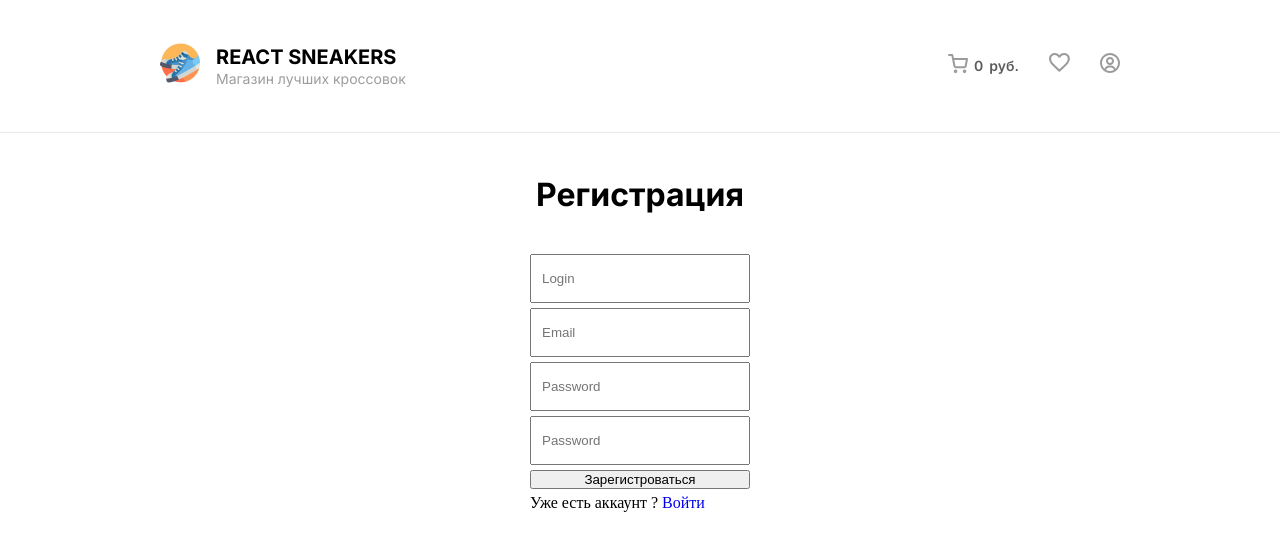
Repository: maxbirimkulov/sneakers20
Page: src/pages/register.html
These files come from the project's save history. The page is drawn as it stood at one moment and after the next save; the edit follows.
The browser window is 1280 px wide. The pictures show the whole page.
The style sheet was rebuilt from its Sass, Less or Tailwind sources for each picture, by a compiler version that may differ from the author's.

Above is the page before, as saved 2022-11-12 20:50:17.

### src/pages/register.html
<!DOCTYPE html>
<html lang="en">
  <head>
    <meta charset="UTF-8" />
    <meta
      name="viewport"
      content="width=device-width, user-scalable=no, initial-scale=1.0, maximum-scale=1.0, minimum-scale=1.0"
    />
    <meta http-equiv="X-UA-Compatible" content="ie=edge" />
    <title>Document</title>
    <link rel="stylesheet" href="../css/style.css" />
  </head>
  <body>
    <div class="floor">
      <header class="header">
        <div class="container">
          <nav class="header__nav">
            <div class="header__logo">
              <img
                src="../images/mainLogo.png"
                alt="Logo"
                class="header__logo-img"
              />
              <div class="header__logo-text">
                <h1 class="header__logo-title">
                  <a href="../../index.html" class="header__logo-title-link"
                    >react sneakers</a
                  >
                </h1>
                <p class="header__logo-subtitle">
                  <a href="../../index.html" class="header__logo-subtitle"
                    >Магазин лучших кроссовок</a
                  >
                </p>
              </div>
            </div>
            <div class="header__links">
              <p class="header__links-basket">
                <span class="header__links-basket-logo"
                  ><svg
                    width="20"
                    height="20"
                    viewBox="0 0 20 20"
                    fill="none"
                    xmlns="http://www.w3.org/2000/svg"
                  >
                    <path
                      d="M7.54548 18.1818C7.99735 18.1818 8.36366 17.8155 8.36366 17.3636C8.36366 16.9118 7.99735 16.5455 7.54548 16.5455C7.09361 16.5455 6.72729 16.9118 6.72729 17.3636C6.72729 17.8155 7.09361 18.1818 7.54548 18.1818Z"
                      stroke="#9B9B9B"
                      stroke-width="2"
                      stroke-linecap="round"
                      stroke-linejoin="round"
                    />
                    <path
                      d="M16.5455 18.1818C16.9973 18.1818 17.3637 17.8155 17.3637 17.3636C17.3637 16.9118 16.9973 16.5455 16.5455 16.5455C16.0936 16.5455 15.7273 16.9118 15.7273 17.3636C15.7273 17.8155 16.0936 18.1818 16.5455 18.1818Z"
                      stroke="#9B9B9B"
                      stroke-width="2"
                      stroke-linecap="round"
                      stroke-linejoin="round"
                    />
                    <path
                      d="M1 1H4.27273L6.46545 11.9555C6.54027 12.3321 6.7452 12.6705 7.04436 12.9113C7.34351 13.1522 7.71784 13.2801 8.10182 13.2727H16.0545C16.4385 13.2801 16.8129 13.1522 17.112 12.9113C17.4112 12.6705 17.6161 12.3321 17.6909 11.9555L19 5.09091H5.09091"
                      stroke="#9B9B9B"
                      stroke-width="2"
                      stroke-linecap="round"
                      stroke-linejoin="round"
                    />
                  </svg>
                </span>
                <span class="total">0</span> руб.
              </p>
              <a href="./favorites.html" class="header__links-favorites"
                ><span class="header__links-favorites-logo"
                  ><svg
                    width="21"
                    height="19"
                    viewBox="0 0 21 19"
                    fill="none"
                    xmlns="http://www.w3.org/2000/svg"
                  >
                    <path
                      d="M15.1003 0C16.7293 0 18.0976 0.54932 19.2052 1.64796C20.3129 2.7466 20.8668 4.08759 20.8668 5.67092C20.8668 6.44643 20.7039 7.23002 20.3781 8.02169C20.0523 8.81335 19.6939 9.51616 19.303 10.1301C18.912 10.744 18.2523 11.5357 17.3238 12.5051C16.3953 13.4745 15.6134 14.2581 14.9781 14.8559C14.3428 15.4537 13.3248 16.3665 11.9239 17.5944L10.4089 18.9515L8.89403 17.6429C7.52572 16.3827 6.51577 15.4537 5.8642 14.8559C5.21262 14.2581 4.42258 13.4745 3.49408 12.5051C2.56559 11.5357 1.90586 10.744 1.51492 10.1301C1.12397 9.51616 0.773748 8.81335 0.464249 8.02169C0.15475 7.23002 0 6.44643 0 5.67092C0 4.08759 0.553841 2.7466 1.66152 1.64796C2.7692 0.54932 4.12123 0 5.71759 0C7.60717 0 9.17095 0.727041 10.4089 2.18112C11.6469 0.727041 13.2107 0 15.1003 0ZM10.5067 16.0918C12.1031 14.6701 13.2677 13.6118 14.0008 12.9171C14.7338 12.2224 15.5401 11.3903 16.4198 10.4209C17.2994 9.45153 17.9102 8.60332 18.2523 7.87628C18.5944 7.14924 18.7654 6.41412 18.7654 5.67092C18.7654 4.63691 18.4152 3.78061 17.7148 3.10204C17.0143 2.42347 16.1428 2.08418 15.1003 2.08418C14.3184 2.08418 13.5772 2.31037 12.8768 2.76276C12.1764 3.21514 11.6795 3.79677 11.3863 4.50765H9.43158C9.17095 3.79677 8.69041 3.21514 7.98997 2.76276C7.28952 2.31037 6.53206 2.08418 5.71759 2.08418C4.67507 2.08418 3.81173 2.42347 3.12757 3.10204C2.44342 3.78061 2.10134 4.63691 2.10134 5.67092C2.10134 6.41412 2.26423 7.14924 2.59002 7.87628C2.91581 8.60332 3.52666 9.45153 4.42258 10.4209C5.3185 11.3903 6.13297 12.2224 6.866 12.9171C7.59902 13.6118 8.74743 14.6701 10.3112 16.0918L10.4089 16.1888L10.5067 16.0918Z"
                      fill="#9B9B9B"
                    />
                  </svg> </span
              ></a>
              <a href="./register.html" class="header__links-user"
                ><span class="header__links-user-logo"
                  ><svg
                    width="20"
                    height="20"
                    viewBox="0 0 20 20"
                    fill="none"
                    xmlns="http://www.w3.org/2000/svg"
                  >
                    <path
                      fill-rule="evenodd"
                      clip-rule="evenodd"
                      d="M0 10C0 4.579 4.579 0 10 0C15.421 0 20 4.579 20 10C20 13.19 18.408 16.078 16 17.924V18H15.898C14.23 19.245 12.187 20 10 20C7.813 20 5.77 19.245 4.102 18H4V17.924C1.592 16.078 0 13.189 0 10ZM7.12347 15.236C6.59154 15.6639 6.22136 16.2604 6.074 16.927C7.242 17.604 8.584 18 10 18C11.416 18 12.758 17.604 13.926 16.927C13.7785 16.2605 13.4082 15.6641 12.8764 15.2362C12.3445 14.8083 11.6827 14.5744 11 14.573H9C8.3173 14.5742 7.6554 14.808 7.12347 15.236ZM13.7677 13.4117C14.5877 13.9574 15.2286 14.7329 15.61 15.641C17.077 14.182 18 12.176 18 10C18 5.663 14.337 2 10 2C5.663 2 2 5.663 2 10C2 12.176 2.923 14.182 4.39 15.641C4.77144 14.7329 5.41227 13.9574 6.23227 13.4117C7.05227 12.866 8.01501 12.5742 9 12.573H11C11.985 12.5742 12.9477 12.866 13.7677 13.4117ZM6 8C6 5.72 7.72 4 10 4C12.28 4 14 5.72 14 8C14 10.28 12.28 12 10 12C7.72 12 6 10.28 6 8ZM8 8C8 9.178 8.822 10 10 10C11.178 10 12 9.178 12 8C12 6.822 11.178 6 10 6C8.822 6 8 6.822 8 8Z"
                      fill="#9B9B9B"
                    />
                  </svg> </span
              ></a>
            </div>
          </nav>
        </div>
      </header>
      <div class="container">
        <div class="register">
          <h2 class="register__title">Регистрация</h2>
          <form class="register__form">
            <input class="register__input" type="text" placeholder="Login" />
            <input class="register__input" type="email" placeholder="Email" />
            <input
              class="register__input"
              type="password"
              placeholder="Password"
            />
            <input
              class="register__input"
              type="password"
              placeholder="Password"
            />
            <button type="submit" class="register__btn">
              Зарегистроваться
            </button>
            <span>Уже есть аккаунт ? <a href="./login.html">Войти</a></span>
          </form>
        </div>
      </div>
    </div>
    <script type="module" src="../js/register.js"></script>
  </body>
</html>

### src/js/register.js
import {changeUser, getUserFromLocalStorage} from './user.js'

getUserFromLocalStorage()


let formRegister = document.querySelector('.register')
formRegister.addEventListener('submit', (e) =>{
    e.preventDefault()

    let userData = {
        login:e.target[0].value,
        email:e.target[1].value,
        password:e.target[2].value
    }

    fetch('http://localhost:8080/register', {
        method: "POST",
        headers: {
            'Content-Type':  'application/json'
        },
        body: JSON.stringify(userData)
    }).then((res) => res.json())
        .then((res) => {
            changeUser({
                ...res.user,
                token: res.accessToken
            })
        })
        .catch((err) => console.log(err))

})

### src/js/user.js



export let user = {
    login : "",
    email : ""
}

export const getUserFromLocalStorage = () => {
    if (localStorage.getItem('user') !== null){
        user = JSON.parse(localStorage.getItem('user'))
    }
}


export const changeUser = (data) => {
    user = {...data}
    localStorage.setItem('user', JSON.stringify(user))
    location.href = 'http://localhost:63342/new%20project/index.html'
}

### src/css/style.scss
@import url('https://fonts.googleapis.com/css2?family=DM+Sans:wght@700&family=Inter:wght@400;500;600;700&display=swap');

* {
  margin: 0;
  padding: 0;
  box-sizing: border-box;
  text-decoration: none;
  list-style-type: none;
  transition: 0.3s;
}
.container {
  max-width: 1050px;
  padding: 0 45px;
  margin: 0 auto;
}
$int: 'inter', sans-serif;

@mixin text($ff, $fs, $fw, $fz, $lh, $col) {
  font-family: $ff;
  font-style: $fs;
  font-weight: $fw;
  font-size: $fz;
  @if $lh > 0 {
    line-height: $lh;
  }
  color: $col;
}
body,
.floor {
  background-color: #fff;
}
@import '_header.scss';
@import '_main.scss';
@import '_assort.scss';
@import '_basketPopup.scss';
@import '_card.scss';
@import '_basket.scss';
@import '_favorites.scss';
@import '_basketNone.scss';
@import '_register';

### src/css/_header.scss
.header {
  padding: 43px 0 45px;
  &__nav {
    display: flex;
    justify-content: space-between;
    align-items: center;
  }
  &__logo {
    display: flex;
    &-img {
      width: 40px;
      height: 40px;
    }
    &-text {
      margin-left: 16px;
    }
    &-title {
      &-link {
        @include text($int, normal, 700px, 20px, 0, #000000);
        text-transform: uppercase;
      }
    }
    &-subtitle {
      @include text($int, normal, 400, 14px, 0, #9d9d9d);
    }
  }
  &__links {
    display: flex;
    &-basket {
      display: flex;
      gap: 6px;
      align-items: center;
      @include text($int, normal, 600, 14px, 0, #5c5c5c);
      margin-left: 10px;
      cursor: pointer;
    }
    &-favorites {
      margin: 0 30px;
    }
  }
  border-bottom: 1px solid #eaeaea;
}

### src/css/_main.scss
.swiper {
  width: 100%;
  height: 100%;
}

.swiper-slide {
  display: -webkit-box;
  display: -ms-flexbox;
  display: -webkit-flex;
  display: flex;
  -webkit-box-pack: center;
  -ms-flex-pack: center;
  -webkit-justify-content: center;
  justify-content: center;
  -webkit-box-align: center;
  -ms-flex-align: center;
  -webkit-align-items: center;
  align-items: center;
}

.swiper__icon{
  &-next{
    background-color: white;
    border-radius: 50%;
    cursor: pointer;
    position: absolute;
    right: 0;
    top: 50%;
    transform: translateY(-50%),;
    z-index: 2;
    padding: 8px 14px;
    display: flex;
    justify-content: center;
    align-items: center;
    transition: 0.2s;
    -webkit-box-shadow: 0px 0px 11px 5px rgba(0, 0, 0, 0.01);
    -moz-box-shadow: 0px 0px 11px 5px rgba(0, 0, 0, 0.01);
    box-shadow: 0px 0px 11px 5px rgba(0, 0, 0, 0.01);
    &:hover{
      transition: 0.2s;
      -webkit-box-shadow: 0px 0px 11px 5px rgba(0, 0, 0, 0.07);
      -moz-box-shadow: 0px 0px 11px 5px rgba(0, 0, 0, 0.07);
      box-shadow: 0px 0px 11px 5px rgba(0, 0, 0, 0.07);
    }
  }
  &-prev{
    background-color: white;
    border-radius: 50%;
    position: absolute;
    left: 0;
    top: 50%;
    cursor: pointer;
    transform:translateY(-50%) rotate(180deg);
    z-index: 2;
    padding: 8px 14px;
    display: flex;
    justify-content: center;
    align-items: center;
    transition: 0.2s;
    -webkit-box-shadow: 0px 0px 11px 5px rgba(0, 0, 0, 0.01);
    -moz-box-shadow: 0px 0px 11px 5px rgba(0, 0, 0, 0.01);
    box-shadow: 0px 0px 11px 5px rgba(0, 0, 0, 0.01);
    &:hover{
      transition: 0.2s;
      -webkit-box-shadow: 0px 0px 11px 5px rgba(0, 0, 0, 0.07);
      -moz-box-shadow: 0px 0px 11px 5px rgba(0, 0, 0, 0.07);
      box-shadow: 0px 0px 11px 5px rgba(0, 0, 0, 0.07);
    }
  }
}

.main{
  &__swipe{
    &-block{
      background-color: #F4EFE9;
      border-radius: 20px;
      max-height: 300px;
      display: flex;
      align-items: center;
      justify-content: space-between;
      width: 100%;
    }
    &-box{
      position: relative;
      padding: 16px 0 20px 51px;
      min-height: 300px;
      &-scn{
        margin: 0;
        padding: 0;
        max-width: 641.18px;
      }
      &-desc{
        @include text($int,normal,700,38px,46px,#8BB43C);
        margin: 32px 17.45px 10.45px 35px;
        &-black{
          color: black;
        }
      }
      &-btn{
        position: absolute;
        padding: 14px 60px;
        border-radius: 110px;
        @include text($int,normal,700px,16px, 0, white);
        text-transform: uppercase;
        background-color: #A5D364;
        bottom: 45px;
        left: 27%;
        transform: translate(-50%, -50);
        transition: 0.2s;
        &:hover{
          transition: 0.2s;
          transform: scale(1.1);
        }
      }
      &-img{
        width: 100%;
      }
    }
  }
}

### src/css/_assort.scss
.main__assort {
  &-topContent {
    display: flex;
    flex-wrap: wrap;
    justify-content: space-between;
    padding: 37px 0 36px;
    width: 100%;
  }
  &-filter {
    display: flex;
    justify-content: space-between;
    align-items: center;
    gap: 10px;
  }
  &-select {
    background: transparent;
    border: 1px solid #bdbdbd;
    border-radius: 8px;
    padding: 0 10px;
    height: 40px;
  }
  &-form {
    margin: 15px 0 0;
    display: flex;
    align-items: center;
    position: relative;
    &-input {
      border-radius: 10px;
      border: 1px solid #bdbdbd;
      outline: none;
      padding: 13px 40px 15px 46px;
      max-width: 250px;
      &::-webkit-input-placeholder {
        color: #c4c4c4;
      }
      &::-moz-placeholder {
        color: #c4c4c4;
      }
      &:-ms-input-placeholder {
        color: #c4c4c4;
      }
      &::-ms-input-placeholder {
        color: #c4c4c4;
      }
      &::placeholder {
        color: #c4c4c4;
      }
      &::-webkit-search-cancel-button {
        position: absolute;
        right: 18px;
        cursor: pointer;
        color: #5c5c5c;
      }
    }
    &-icon {
      position: absolute;
      left: 18px;
      top: 50%;
      transform: translateY(-50%);
    }
  }
  &-title {
    @include text($int, normal, 700, 32px, 0, black);
  }
  &-mainContent {
    min-height: 700px;
    position: relative;
    display: flex;
    justify-content: center;
    align-items: center;
    flex-wrap: wrap;
    gap: 40px;
    &-shoes {
      border: 1px solid #bdbdbd;
      border-radius: 40px;
      padding: 20px 29px 34px 30px;
      max-width: 210px;
    }
    &-favorites {
      display: inline-block;
      position: absolute;
      border: 1px solid #f8f8f8;
      border-radius: 7px;
      padding: 9.6px 9.07px 3.59px;
      cursor: pointer;
      &:hover {
        transform: scale(1.13);
        background-color: rgba(253, 239, 239, 0.87);
        transition: 0.2s;
      }
      &-active {
        display: none;
        position: absolute;
        background-color: #fef0f0;
        border: 1px solid transparent;
        border-radius: 7px;
        padding: 9.6px 9.07px 3.59px;
        cursor: pointer;
      }
    }
    &-product {
      &-desc {
        @include text($int, normal, 400, 14px, 17px, black);
      }
      &-pricesDesc {
        margin-top: 14px;
        display: flex;
        justify-content: space-between;
        align-items: center;
        &-price {
          @include text($int, normal, 500, 11px, 13px, #bdbdbd);
          text-transform: uppercase;
        }
        &-cost {
          @include text($int, normal, 700, 14px, 17px, black);
        }
        &-addBask {
          cursor: pointer;
          display: inline-block;
          padding: 5.33px 8.33px;
          border: 1px solid #f2f2f2;
          border-radius: 8px;
          transition: 0.2s;
          &:hover {
            transform: scale(1.13);
            background-color: rgba(253, 239, 239, 0.87);
            transition: 0.2s;
          }
          &-active {
            cursor: pointer;
            max-height: 32px;
            max-width: 32px;
            padding: 5.33px 8.33px;
            border: 1px solid white;
            border-radius: 8px;
            background: linear-gradient(180deg, #89f09c 0%, #3cc755 100%);
            transition: 0.2s;
            &:hover {
              transform: scale(1.13);
              transition: 0.2s;
            }
          }
        }
      }
    }
  }
}

### src/css/_basketPopup.scss
.basket {
  transform: translateX(100%);
  background: rgba(0, 00, 000, 0.4);
  height: 100vh;
  width: 100vw;
  z-index: 100;
  position: fixed;
  left: 0;
  top: 0;
  bottom: 0;
  &__cards {
    margin-top: 20px;
    max-height: 400px;
    overflow-y:  scroll;
    display: flex;
    gap: 20px;
    flex-wrap: wrap;
  }

  &__card {
    position: relative;  width: 100%;  height: 120px;  padding: 0 30px;    background: #FFFFFF;  border: 1px solid #F3F3F3;  border-radius: 20px;  &:hover {
    box-shadow: 0px 14px 30px 0px rgba(0, 0, 0, 0.05);  }
    &-img {
      position: absolute;    left: 20px;    top: 50%;    transform: translateY(-50%);    max-width: 80px;  }
    &__name {
      position: absolute;    width: 133px;    height: 36px;    overflow: hidden;    left: 120px;    top: 30px;    font-family: 'Inter', sans-serif;    font-style: normal;    font-weight: 400;    font-size: 14px;    line-height: 17px;    color: #000000;  }
    &__sum {
      position: absolute;    left: 120px;    bottom: 30px;    font-family: 'Inter', sans-serif;    font-style: normal;    font-weight: 700;    font-size: 14px;color: #000000;  }
    &__X {
      position: absolute;    right: 20px;    top: 50%;    transform: translateY(-50%);    max-width: 70px;    cursor: pointer;  }
  }
  &.show {
    transform: translateX(0%);
  }
  &__content {
    display: flex;
    flex-direction: column;
    justify-content: space-between;
    background: #fff;
    position: fixed;
    padding: 30px;
    height: 100vh;
    width: 385px;
    top: 0;
    right: 0;
  }
  &__title {
    @include text($int, normal, 700, 24px, 29px, #000000);
  }
  &__text {
    display: flex;
    justify-content: space-between;
    margin-bottom: 19px;
    &:last-of-type {
      margin-bottom: 24px;
    }
    &-desc {
      @include text($int, normal, 400, 16px, 19px, #000000);
    }
    &-sum {
      @include text($int, normal, 600, 16px, 19px, #000000);
    }
  }
  &__btn {
    @include text($int, normal, 600, 16px, 19px, #fff);
    padding: 12px 0;
    background: #9dd558;
    border-radius: 18px;
    border: 1px solid #9dd558;
    width: 100%;
  }
}

.name {
  font-size: 30px;
  color: red;
  text-align: center;
}

### src/css/_card.scss
.info {
  background: antiquewhite;
  padding: 40px 0;
  &__block {
    display: flex;
    flex-wrap: wrap;
    -moz-column-gap: 40px;
         column-gap: 40px;
    row-gap: 40px;
  }
  &__card {
    width: calc(25% - 30px);
    background: #ffffff;
    border: 1px solid #f3f3f3;
    border-radius: 40px;
    padding: 20px 40px;
    cursor: pointer;
    transition: 0.2s;
    &:hover {
      background: #ffffff;
      border: 1px solid #f8f8f8;
      box-shadow: 0 14px 30px rgba(0, 0, 0, 0.05);
      border-radius: 40px;
      transition: 0.2s;
      transform: scale(1.05);
    }
  }
  &__desc {
    @include text($int, normal, 400, 14px, 17px, #000);
    margin: 14px 0;
  }
  &__bottom {
    display: flex;
    justify-content: space-between;
  }
  &__sel {
    @include text($int, normal, 500, 11px, 13px, #bdbdbd);
    text-transform: uppercase;
  }
  &__sum {
    @include text($int, normal, 700, 14px, 17px, #000);
  }
}

### src/css/_basket.scss
.basket__main{
  &-topContent{
    padding: 42px 0 40px;
    &-nav{
      display: flex;
      align-items: center;
      gap: 21px;
    }
    &-title{
      @include text($int, normal, 700, 32px, 0, black)
    }
    &-link{
      padding: 8px 14px;
      max-width: 35px;
      max-height: 35px;
      display: flex;
      justify-content: center;
      align-items: center;
      border: 1px solid #F2F2F2;
      border-radius: 8px;
    }
  }
  &-mainContent{
    &-assort{
      display: flex;
      flex-wrap: wrap;
      gap: 40px;
    }
  }
}

### src/css/_favorites.scss
.main__assort-mainContent-favorites{
  &-off{
    display: none;
  }
  &-on{
    display: inline-block;
  }
}

### src/css/_basketNone.scss
.basketNone__main {
  display: flex;
  justify-content: center;
  align-items: center;
  padding: 240px 0;
  &-none {
    display: flex;
    flex-wrap: wrap;
    justify-content: center;
    align-items: center;
    max-width: 280px;
    &-text{
      text-align: center;
    }
    &-title {
      margin-top: 24px;
      text-align: center;
      @include text($int, normal, 600, 24px, 0, black);
    }

    &-desc {
      text-align: center;
      margin: 11px 0 41px;
      @include text($int, normal, 400, 16px, 24px, black);
    }

    &-link {
      padding: 17px 40px 19px;
      background-color: #9DD458;
      border-radius: 18px;
      @include text($int, normal, 400, 16px, 0, white);

      &-icon {
        margin-right: 17px;

      }
    }
  }
}

### src/css/_register.scss
.register {
  &__title {
    @include text($int, normal, 700, 32px, 0, black);
    margin: 42px auto 40px;
    text-align: center;
  }
  &__form {
    margin: 0 auto;
    display: flex;
    flex-direction: column;
    justify-content: center;
    max-width: 220px;
    gap: 5px;
  }
  &__input {
    padding: 15px 10px;
  }
}

After the next save:
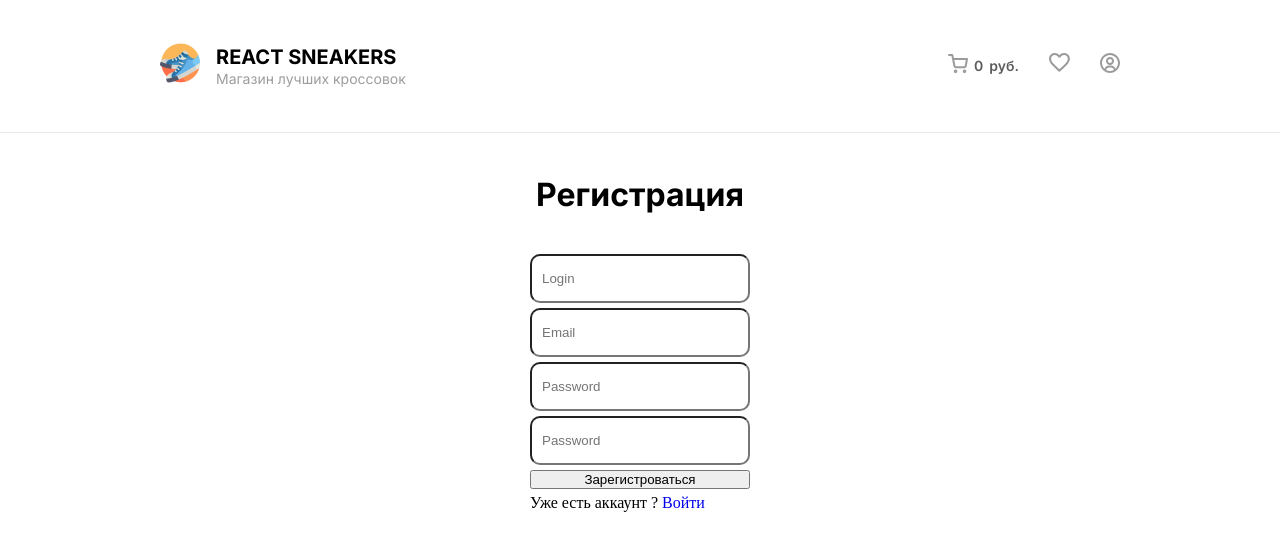
Saved 20 s later.
--- a/src/css/_register.scss
+++ b/src/css/_register.scss
@@ -14,5 +14,6 @@
   }
   &__input {
     padding: 15px 10px;
+    border-radius: 10px;
   }
 }
